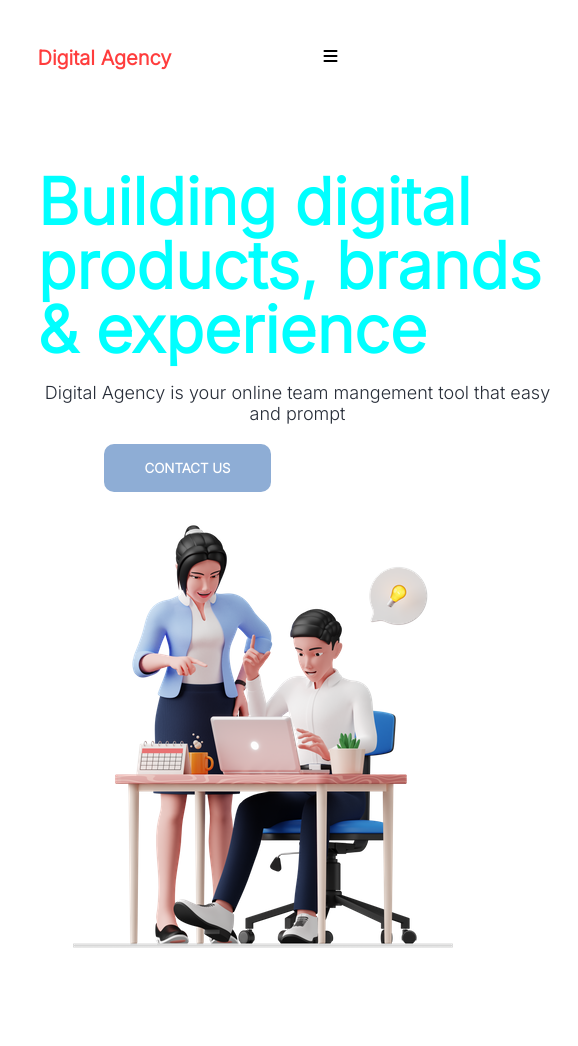
Repository: ThuatDev/fullstack_devc
Page: index.html
The author's editor kept a copy of each file at every save. The page is drawn from the files as they stood at one save, then again after the next save.
The browser window is 375 px wide. The page is 578 px wide, so the pictures cover 578 px, including what lies to the right of the window. The pictures show the whole page.

Above is the page before, as saved 2022-11-09 17:51:02.

After the next save:
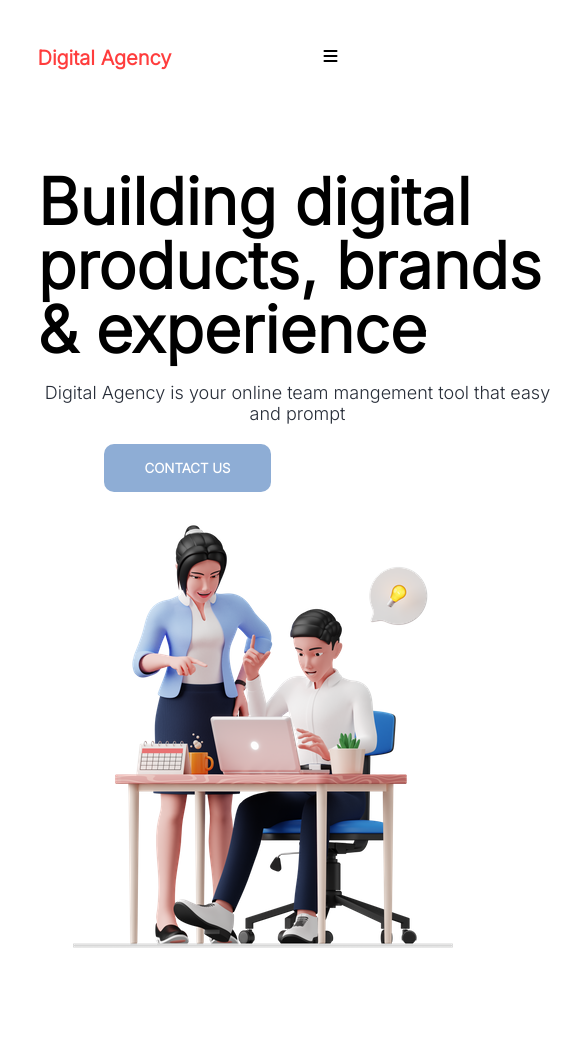
Saved 20 s later.
--- a/reposive.css
+++ b/reposive.css
@@ -27,10 +27,10 @@
     align-items: center; */
   }
   .h-section > .h-section__left h2 {
-    /* text-align: center;
+    /* /* text-align: center; */
     font-size: 40px;
     width: 100%; */
-    color: aqua;
+    /* color: aqua; */
   }
   .h-section .h-section__left p {
     margin-top: 20px;
